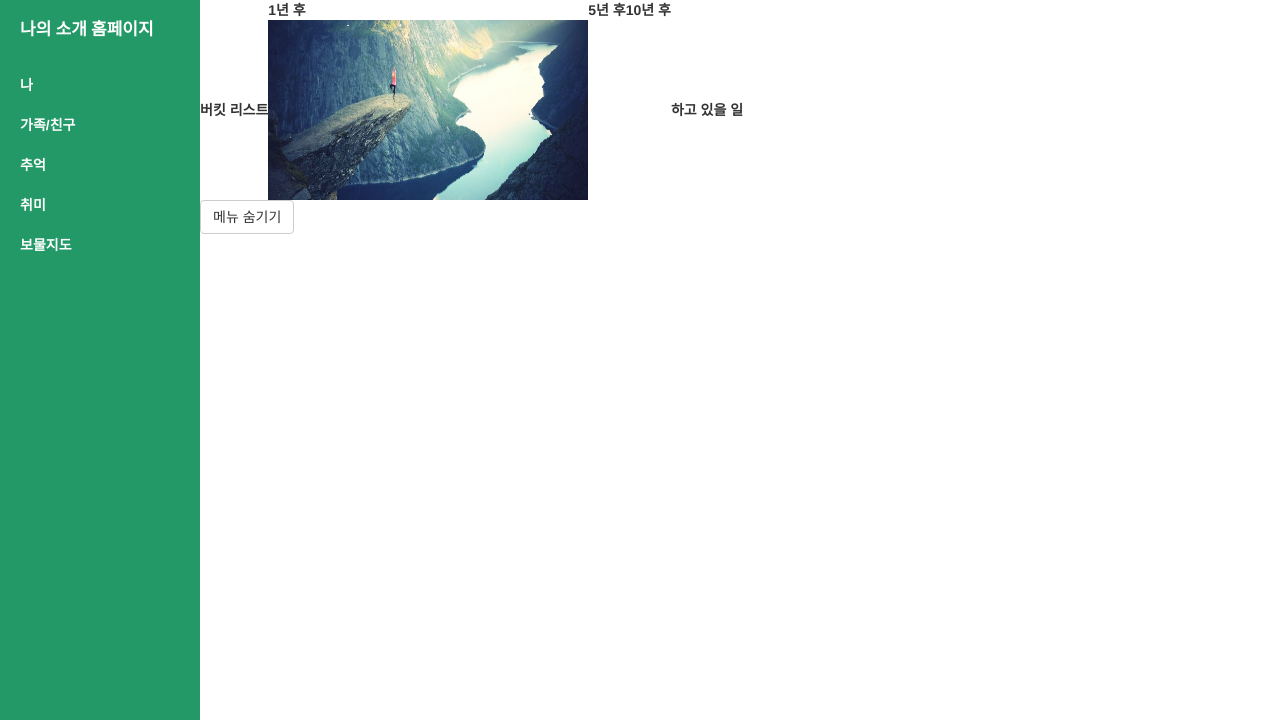
Repository: xlwindlx/HTML
Page: tresure.html
The author's editor kept a record of every edit. The page is drawn from the files as they stood at one moment, then again after the next edit.
The browser window is 1280 px wide. The pictures show the whole page.

Above is the page before.

### tresure.html
<!DOCTYPE HTML>
<html>
    <head>
        <meta charset="UTF-8">
        <title>보물지도</title>
        <link href="css/bootstrap.min.css" rel="stylesheet">
        <link href="css/simple-sidebar.css" rel="stylesheet">
        <script src="js/jquery.js"></script><!-- 메뉴 토글 기능-->
        <script src="js/bootstrap.min.js"></script>
    </head>
    <body>
        <div id="wrapper">
            <!-- 사이드바 -->
            <div id="sidebar-wrapper">
                <ul class="sidebar-nav"> <!-- 사이드바 메뉴 css -->
                    <li class="sidebar-brand"><a href="./main.html">나의 소개 홈페이지</a></li>
                    <li><a href = "./me.html">나</a></li>
                    <li><a href = "./friends.html">가족/친구</a></li>
                    <li><a href = "./memory.html">추억</a></li>
                    <li><a href = "./hobby.html">취미</a></li>
                    <li><a href = "./tresure.html">보물지도</a></li>
                </ul>
            </div>
        <table>
            <thead>
                <th></th>
                <th>1년 후</th>
                <th>5년 후</th>
                <th>10년 후</th>
            </thead>
            <tbody>
                <tr>
                <th>버킷 리스트</th>
                <td><img src="img_fjords_wide.jpg" style="width:320px; height:180px;"></td>
                <td></td>
                <td></td>
                <th>하고 있을 일</th>
            </tbody>
        </table>

        <a href="toggle_menu" class="btn btn-default" id="toggle_menu">메뉴 숨기기</a>
        </div>

        <!-- 메뉴 토글 버튼 -->
        <script>
        $("#toggle_menu").click(function(e)
        {
            e.preventDefault();
            $("#wrapper").toggleClass("toggled");
        });
        </script>
    </body>
</html>

### css/simple-sidebar.css
/*!
 * Start Bootstrap - Simple Sidebar (http://startbootstrap.com/)
 * Copyright 2013-2016 Start Bootstrap
 * Licensed under MIT (https://github.com/BlackrockDigital/startbootstrap/blob/gh-pages/LICENSE)
 */

 body {
    overflow-x: hidden;
 }

/* Toggle Styles */

#wrapper {
    padding-left: 0;
    -webkit-transition: all 0.5s ease;
    -moz-transition: all 0.5s ease;
    -o-transition: all 0.5s ease;
    transition: all 0.5s ease;
}

#wrapper.toggled {
    padding-left: 250px;
}

#sidebar-wrapper {
    z-index: 1000;
    position: fixed;
    left: 250px;
    width: 0;
    height: 100%;
    margin-left: -250px;
    overflow-y: auto;
    background: #000;
    -webkit-transition: all 0.5s ease;
    -moz-transition: all 0.5s ease;
    -o-transition: all 0.5s ease;
    transition: all 0.5s ease;
}

#wrapper.toggled #sidebar-wrapper {
    width: 250px;
}

#page-content-wrapper {
    width: 100%;
    position: absolute;
    padding: 15px;
}

#wrapper.toggled #page-content-wrapper {
    position: absolute;
    margin-right: -250px;
}

/* Sidebar Styles */
/* 사이드 바 배경 */
.sidebar-nav {
    position: absolute;
    top: 0;
    width: 200px;
    margin: 0;
    padding: 0;
    list-style: none;

}

.sidebar-nav li {
    text-indent: 20px;
    line-height: 40px;
}
/* 하위 메뉴 타이틀 */
.sidebar-nav li a {
    display: block;
    text-decoration: none;
    color: #FFFFFF;
    font-weight: bold;
}

.sidebar-nav li a:hover {
    text-decoration: none;
    color: #fff;
    background: rgba(255,255,255,0.2);
}

.sidebar-nav li a:active,
.sidebar-nav li a:focus {
    text-decoration: none;
}
/*사이드바 타이틀 */
.sidebar-nav > .sidebar-brand {
    height: 65px;
    font-size: 17px;
    line-height: 60px;
    font-family: fantasy;
}

 /* 타이틀 글씨 */
.sidebar-nav > .sidebar-brand a {
    color: #6FF3FF;
    font-weight: bold;
}

.sidebar-nav > .sidebar-brand a:hover {
    color: #fff;
    background: none;
}

@media(min-width:768px) {
    /* 토글 메뉴버튼 */
    #wrapper {
        padding-left: 200px;
    }

    #wrapper.toggled {
        padding-left: 0;
    }
    /* 사이드바 전체 배경 */
    #sidebar-wrapper {
        width: 200px;
        background-color: #229966;
    }

    #wrapper.toggled #sidebar-wrapper {
        width: 0;
    }

    #page-content-wrapper {
        padding: 20px;
        position: relative;
    }

    #wrapper.toggled #page-content-wrapper {
        position: relative;
        margin-right: 0;
    }
}

Loaded but not shown: css/bootstrap.min.css (library); js/jquery.js (library); js/bootstrap.min.js (library)

After the next edit:
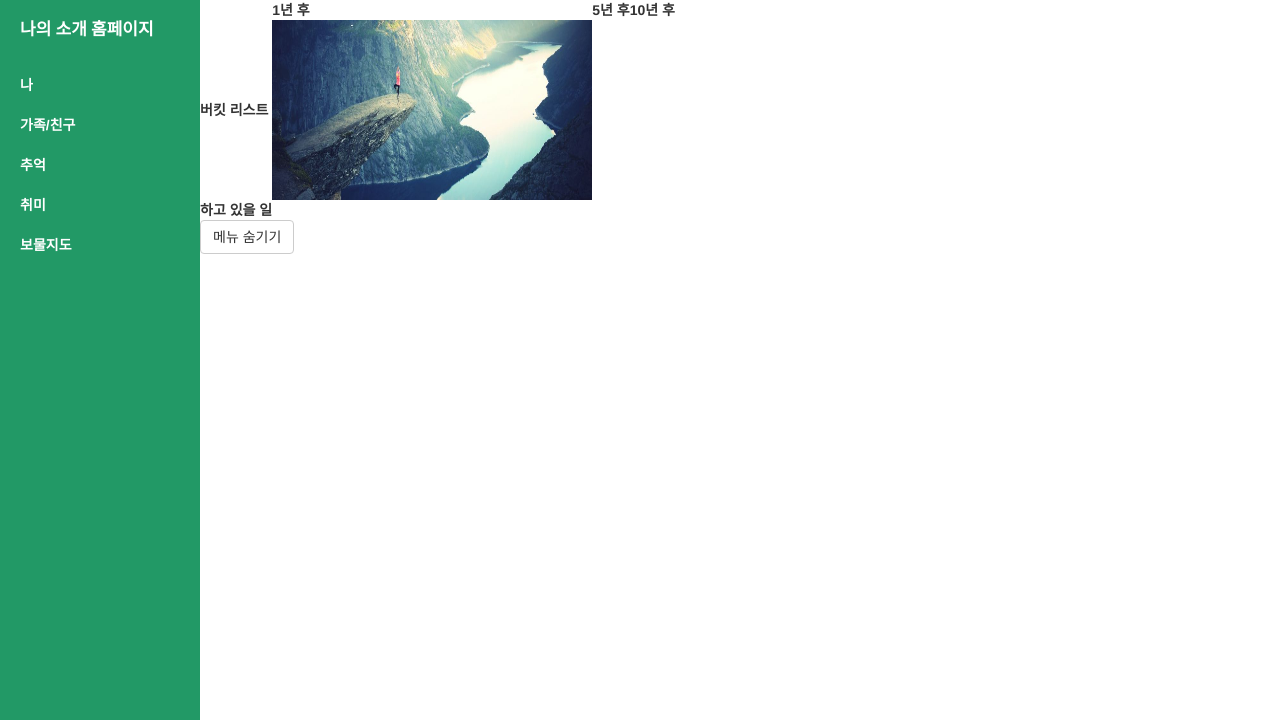
The edit:
--- a/tresure.html
+++ b/tresure.html
@@ -30,11 +30,14 @@
             </thead>
             <tbody>
                 <tr>
-                <th>버킷 리스트</th>
-                <td><img src="img_fjords_wide.jpg" style="width:320px; height:180px;"></td>
-                <td></td>
-                <td></td>
-                <th>하고 있을 일</th>
+                    <th>버킷 리스트</th>
+                    <td><img src="img_fjords_wide.jpg" style="width:320px; height:180px;"></td>
+                    <td></td>
+                    <td></td>
+                </tr>
+                <tr>
+                    <th>하고 있을 일</th>
+                </tr>
             </tbody>
         </table>
 
